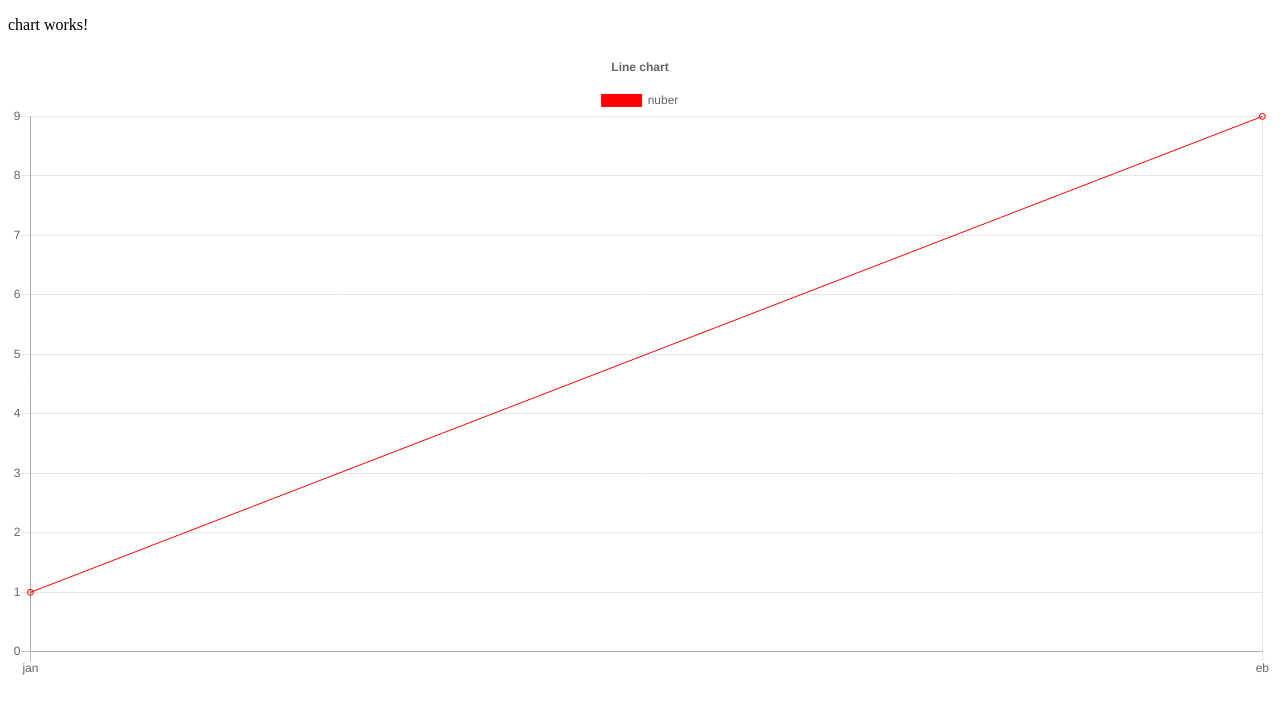
Repository: abinhasan/Project-1
Page: /
The author's editor kept a copy of each file at every save. The page is drawn from the files as they stood at one save, then again after the next save.
The browser window is 1280 px wide. The pictures show the whole page.
The page's requests for data from a server got no answer. The project was rebuilt for these pictures with package versions that can differ from the ones it lists, and the page was loaded fresh each time. No one was signed in, and anything a server would have sent is missing. Also part of the build but not shown: angular.json.

Above is the page before, as saved 2019-09-07 13:12:02.

### src/app/app.module.ts
import { BrowserModule } from '@angular/platform-browser';
import { NgModule } from '@angular/core';
import { RouterModule, Routes } from '@angular/router'
import { HttpClientModule } from '@angular/common/http';
import { AppComponent } from './app.component';
import { ChartComponent } from './components/chart/chart.component';



const appRoutes: Routes = [
  // { path: 'login', component: LoginComponent },
  { path: '', redirectTo: '/chart', pathMatch: 'full' },
  { path: 'chart', component: ChartComponent }
];

@NgModule({
  declarations: [
    AppComponent,
    ChartComponent
  ],
  imports: [
    BrowserModule,
    HttpClientModule,
    RouterModule.forRoot(appRoutes)
  ],
  providers: [],
  bootstrap: [AppComponent]
})
export class AppModule { }

### src/app/components/chart/chart.component.ts
import { Component, OnInit } from '@angular/core';
import { ChartService } from 'src/app/services/chart.service';
import { Chart } from 'chart.js';

@Component({
  selector: 'app-chart',
  templateUrl: './chart.component.html',
  styleUrls: ['./chart.component.css']
})
export class ChartComponent implements OnInit {

  chartList = [];

  LineChart = [];

  constructor(private chartService: ChartService) { }

  ngOnInit() {
    this.GetSampleChart();

    //this.LineChart = [];
    this.LineChart.push(new Chart('lineChart', {
      type: 'line',
      data: {
        labels: ["jan", "eb"],
        datasets: [{
          label: 'nuber',
          data: [1, 9],
          fill: false,
          lineTension: 0.2,
          borderColor: "red",
          borderWidth: 1,

        }]
      },
      options: {
        title: {
          text: "Line chart",
          display: true
        },
        scales: {
          yAxes: [{
            ticks: {
              beginAtZero: true
            }
          }]
        }
      }

    }));


  }

  GetSampleChart() {
    this.chartList = [];
    this.chartService.GetSampleChart().subscribe((result) => {
      this.chartList = result;
      console.log(this.chartList);
    });
  }

}

### src/app/components/chart/chart.component.html
<p>
    chart works!
</p>


<div>
    <canvas id="lineChart"></canvas>
</div>

### src/app/services/chart.service.ts
import { Injectable } from '@angular/core';
import { HttpClient } from '@angular/common/http';
import { Observable, } from 'rxjs';
import { GlobalVariable } from 'src/app/classes/global';
import { map } from 'rxjs/operators';

@Injectable({
  providedIn: 'root'
})
export class ChartService {

  constructor(private http: HttpClient) { }

  private extractData(res: Response) {
    let body = res;
    return body || {};
  }


  GetSampleChart(): Observable<any> {
    return this.http.get(GlobalVariable.LOCAL_CORE_URL + 'Chart/GetSampleChart').pipe(
      map(this.extractData));
  }
}

### src/app/classes/global.ts
export const GlobalVariable = Object.freeze({
    LOCAL_CORE_URL: 'http://localhost:51907/api/',
});

Loaded but not shown: src/index.html (common file); src/styles.css (common file); src/main.ts (common file); src/environments/environment.ts (common file); src/app/app.component.ts (common file); src/app/app.component.html (common file); src/app/app.component.css (no stored copy; drawn as an empty file); src/app/components/chart/chart.component.css (no stored copy; drawn as an empty file)

After the next save:
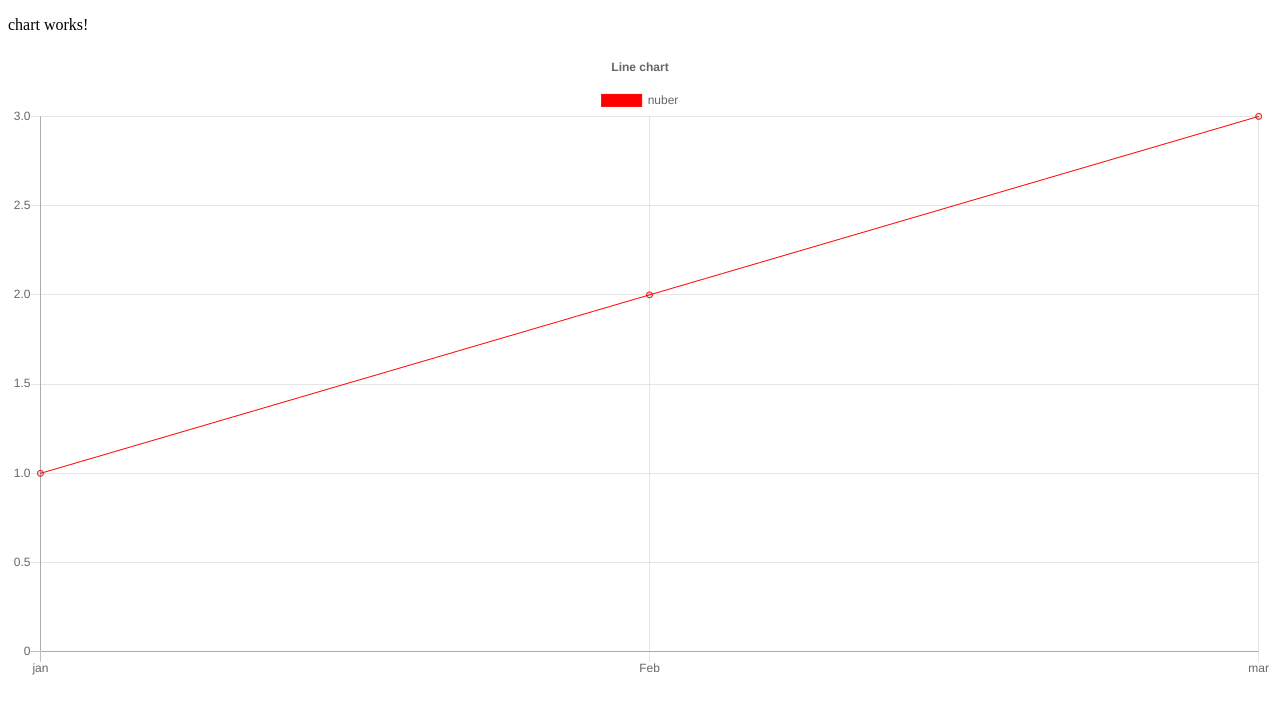
Saved 78 s later.
--- a/src/app/components/chart/chart.component.ts
+++ b/src/app/components/chart/chart.component.ts
@@ -22,10 +22,10 @@ export class ChartComponent implements OnInit {
     this.LineChart.push(new Chart('lineChart', {
       type: 'line',
       data: {
-        labels: ["jan", "eb"],
+        labels: ["jan", "Feb","mar"],
         datasets: [{
           label: 'nuber',
-          data: [1, 9],
+          data: [1, 2,3],
           fill: false,
           lineTension: 0.2,
           borderColor: "red",
